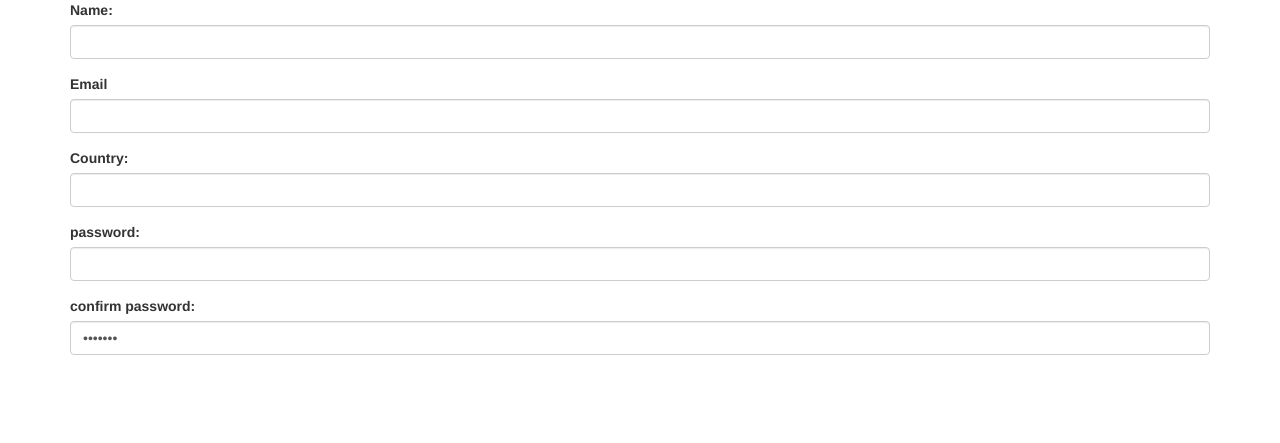
Repository: suvarsha/cognizant-projects
Page: BootStramp1/WebContent/register.html
These files come from the project's save history. The page is drawn as it stood at one moment and after the next save; the edit follows.
The browser window is 1280 px wide. The pictures show the whole page.

Above is the page before, as saved 2020-01-20 04:23:51.

After the next save:
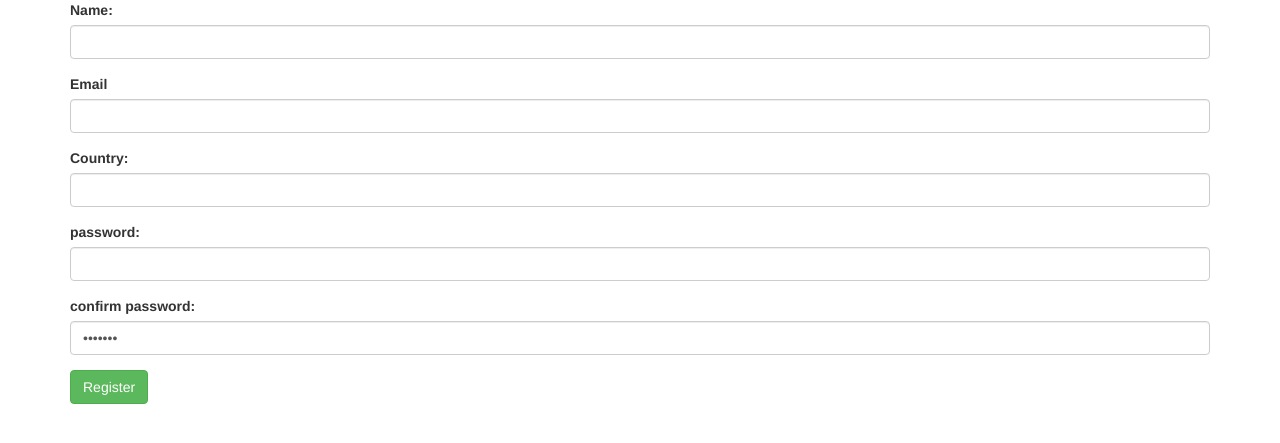
Saved 3 min 33 s later.
--- a/BootStramp1/WebContent/register.html
+++ b/BootStramp1/WebContent/register.html
@@ -32,6 +32,7 @@
       <label for="confirm password">confirm password:</label>
       <input type="password" class="form-control"  value="Fakepsw" id="pass">
     </div>
+    <button type="button" class="btn btn-success">Register</button>
   </form>
 </div>
 </body>
